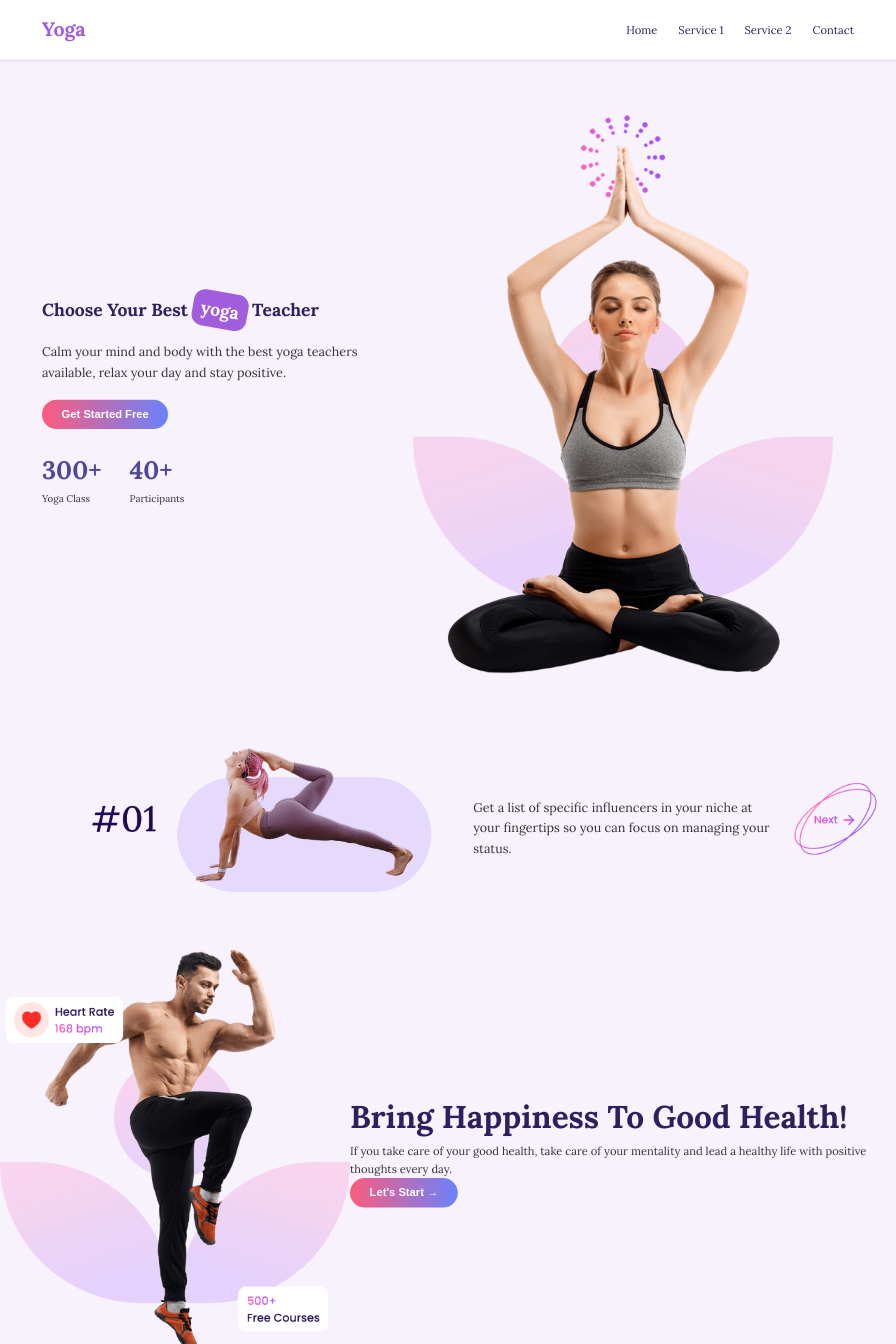
Repository: CassioFig/responsive-yoga-website
Page: index.html
These files come from the project's save history. The page is drawn as it stood at one moment and after the next save; the edit follows.
The browser window is 1280 px wide. The pictures show the part of the page from y = 0 to 1920 px (the page is 4885 px tall), at 70% of full size.

Above is the page before, as saved 2025-05-15 20:04:18.

After the next save:
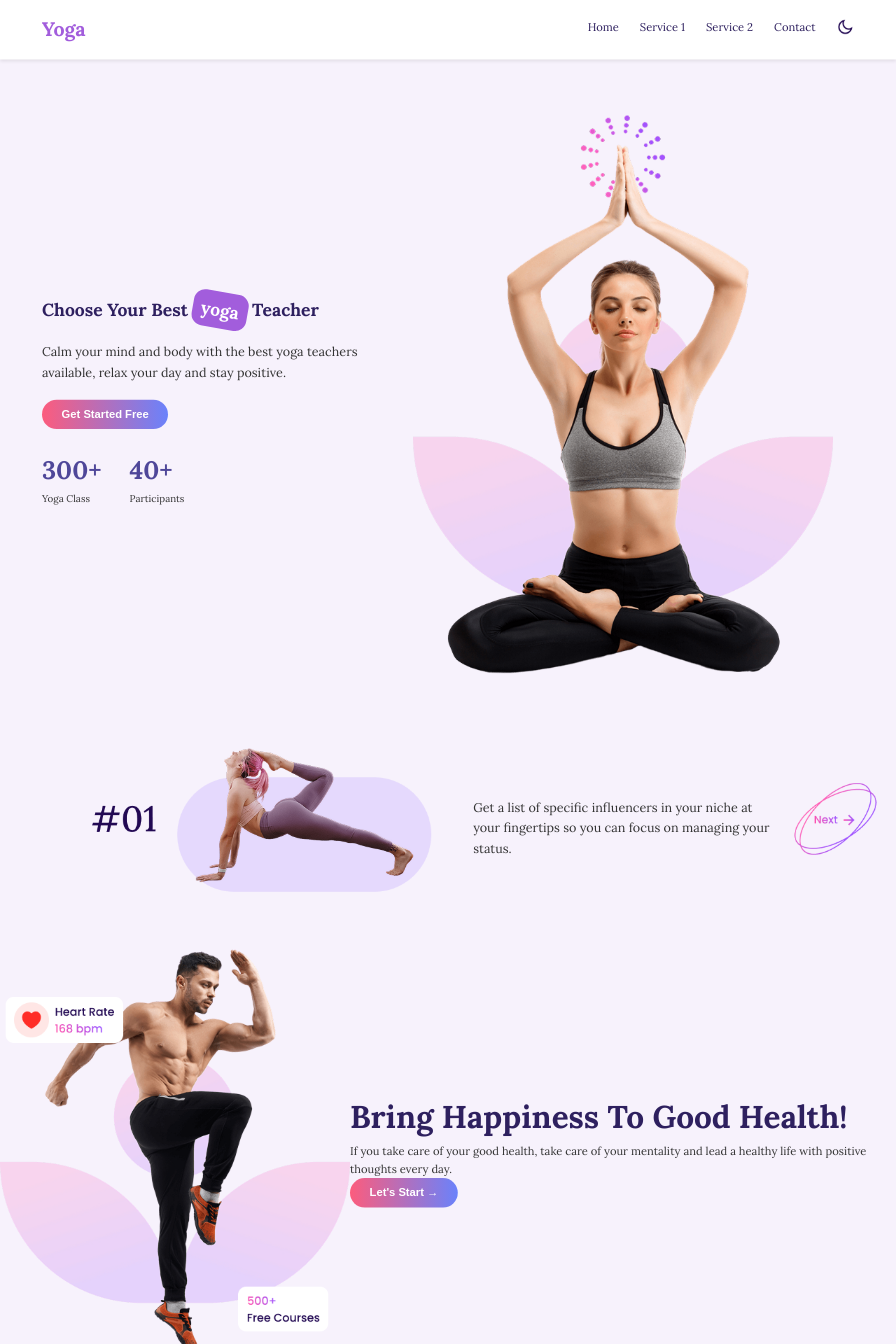
Saved 16 min 4 s later.
--- a/index.html
+++ b/index.html
@@ -36,6 +36,7 @@
 				<li><a href="#">Service 1</a></li>
 				<li><a href="#">Service 2</a></li>
 				<li><a href="#">Contact</a></li>
+				<li><img src="./assets/images/ri_moon-line.png" alt="moon"></li>
 			</ul>
 		</nav>
 	</header>
